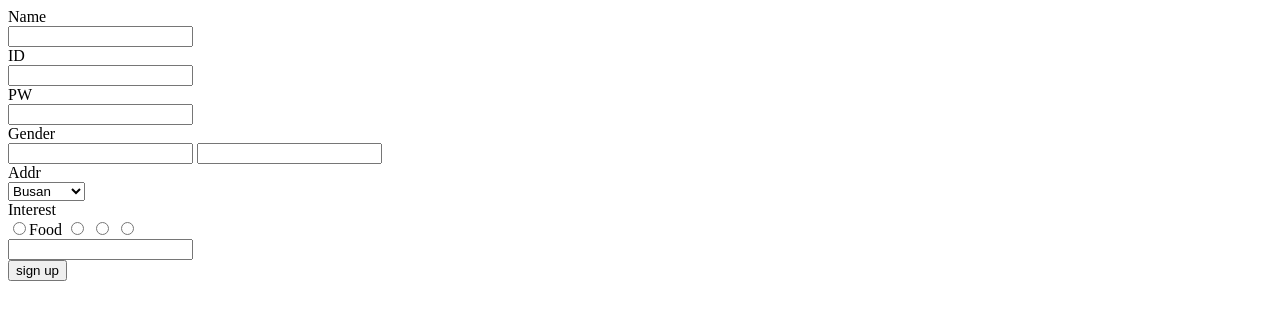
Repository: 9re9ori0426/Bootcamp
Page: webws/03_InputOutput/src/main/webapp/reg.html
An editor plug-in stored every save of this project. The page is shown before and after the next save, followed by the edit.
The browser window is 1280 px wide. The pictures show the whole page.

Above is the page before, as saved 2026-10-20 07:34:42.

### webws/03_InputOutput/src/main/webapp/reg.html
<!DOCTYPE html>
<html>
<head>
<meta charset="UTF-8">
<title>Insert title here</title>
</head>
<body>
	<form action="">
		<div class="signup-row">
			<div>Name</div>
			<input>
		</div>
		<div class="signup-row">
			<div>ID</div>
			<input>
		</div>
		<div class="signup-row">
			<div>PW</div>
			<input>
		</div>
		<div class="signup-row">
			<div>Gender</div>
			<input>
			<input>
		</div>
		<div class="signup-row">
			<div>Addr</div>
			<select>
				<option>Busan</option>
				<option>Seoul</option>
				<option>Cheonan</option>
			</select>
		</div>
		<div class="signup-row">
			<div>Interest</div>
			<input type="radio">Food</input>
			<input type="radio"></input>
			<input type="radio"></input>
			<input type="radio"></input>
		</div>
		<div class="signup-row">
			<input>
		</div>


		<button>sign up</button>
	</form>
</body>
</html>

After the next save:
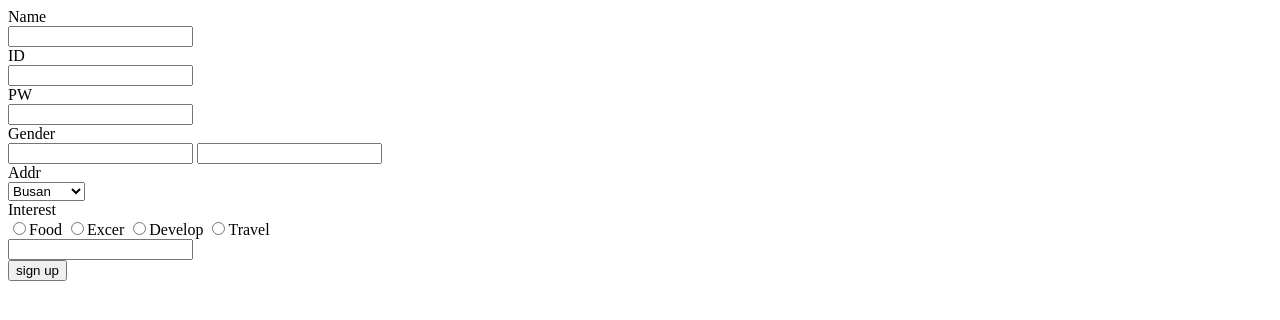
Saved 29 s later.
--- a/webws/03_InputOutput/src/main/webapp/reg.html
+++ b/webws/03_InputOutput/src/main/webapp/reg.html
@@ -34,12 +34,12 @@
 		<div class="signup-row">
 			<div>Interest</div>
 			<input type="radio">Food</input>
-			<input type="radio"></input>
-			<input type="radio"></input>
-			<input type="radio"></input>
+			<input type="radio">Excer</input>
+			<input type="radio">Develop</input>
+			<input type="radio">Travel</input>
 		</div>
 		<div class="signup-row">
-			<input>
+			<input type="textarea">
 		</div>
 
 
